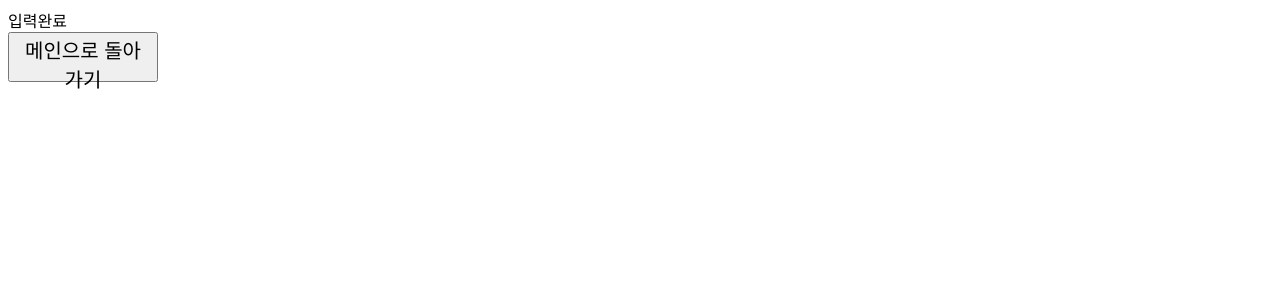
Repository: hus0124/M-IT
Page: http://localhost/pocketMoneyDiary/create.jsp
An editor plug-in stored every save of this project. The page is shown before and after the next save, followed by the edit.
The browser window is 1280 px wide. The pictures show the whole page.
The page is served by Tomcat 9.

Above is the page before, as saved 2020-01-02 06:16:27.

After the next save:
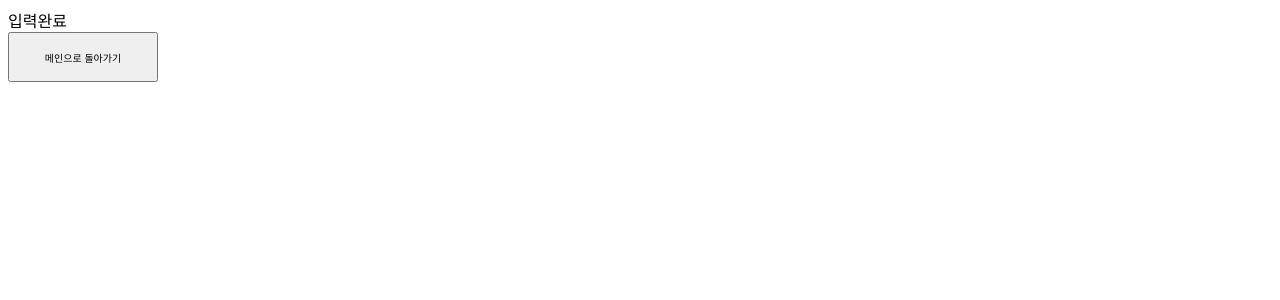
Saved 10 s later.
--- a/JSP_Workspaces/pocketMoneyDiary/WebContent/create.jsp
+++ b/JSP_Workspaces/pocketMoneyDiary/WebContent/create.jsp
@@ -9,7 +9,7 @@
 <body>
 <form action="result.jsp" method="post">
 입력완료<br>
-<a href = "result.jsp"><button style="width:150px;height:50px;font-size:20px;">메인으로 돌아가기</button>
+<a href = "result.jsp"><button style="width:150px;height:50px;font-size:10px;">메인으로 돌아가기</button>
 </a>
 <input type = "hidden" value="admin" name = "id">
 <input type = "hidden" value="1234" name = "pw">

After the save that followed:
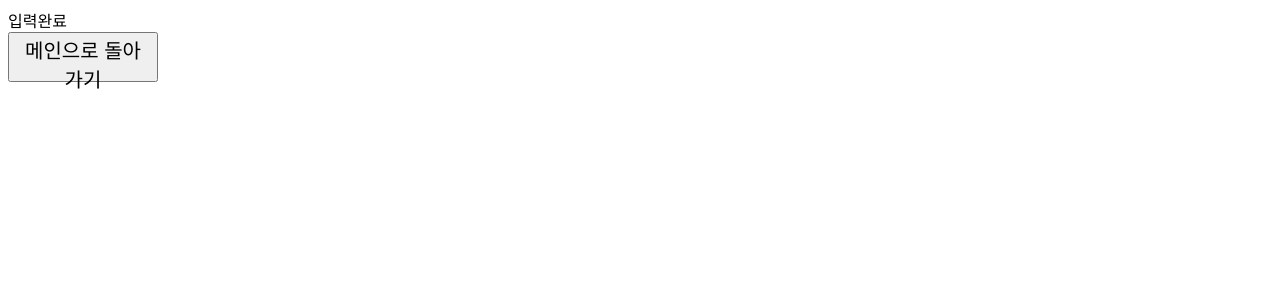
Saved 9 s later.
--- a/JSP_Workspaces/pocketMoneyDiary/WebContent/create.jsp
+++ b/JSP_Workspaces/pocketMoneyDiary/WebContent/create.jsp
@@ -9,7 +9,7 @@
 <body>
 <form action="result.jsp" method="post">
 입력완료<br>
-<a href = "result.jsp"><button style="width:150px;height:50px;font-size:10px;">메인으로 돌아가기</button>
+<a href = "result.jsp"><button style="width:150px;height:50px;font-size:20px;">메인으로 돌아가기</button>
 </a>
 <input type = "hidden" value="admin" name = "id">
 <input type = "hidden" value="1234" name = "pw">
